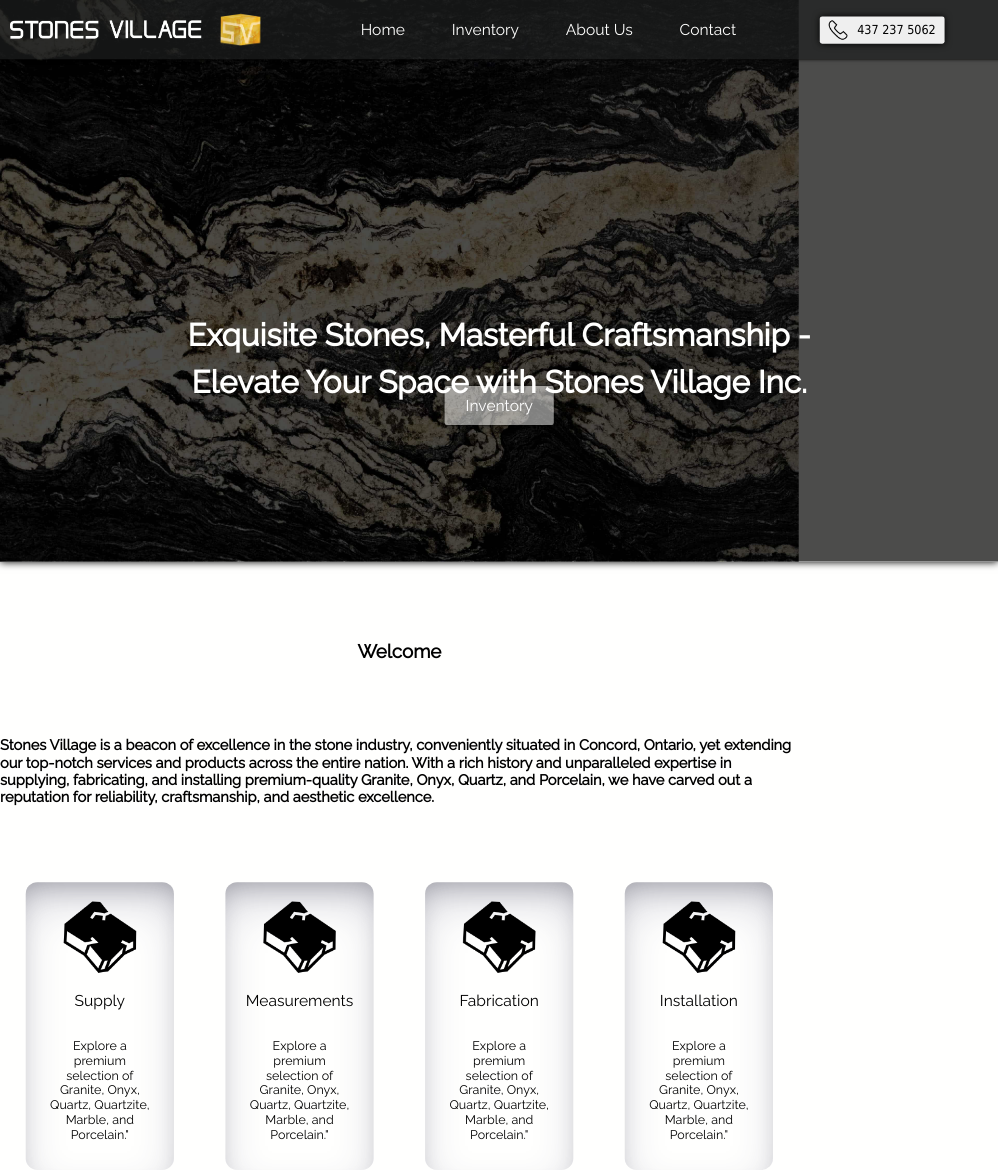
Repository: shayanabedi98/Stones-Village
Page: index.html
These files come from the project's save history. The page is drawn as it stood at one moment and after the next save; the edit follows.
The browser window is 1280 px wide. The pictures show the whole page, at 78% of full size.
Backgrounds fixed to the window are drawn as part of the page.

Above is the page before, as saved 2023-10-22 16:53:42.

After the next save:
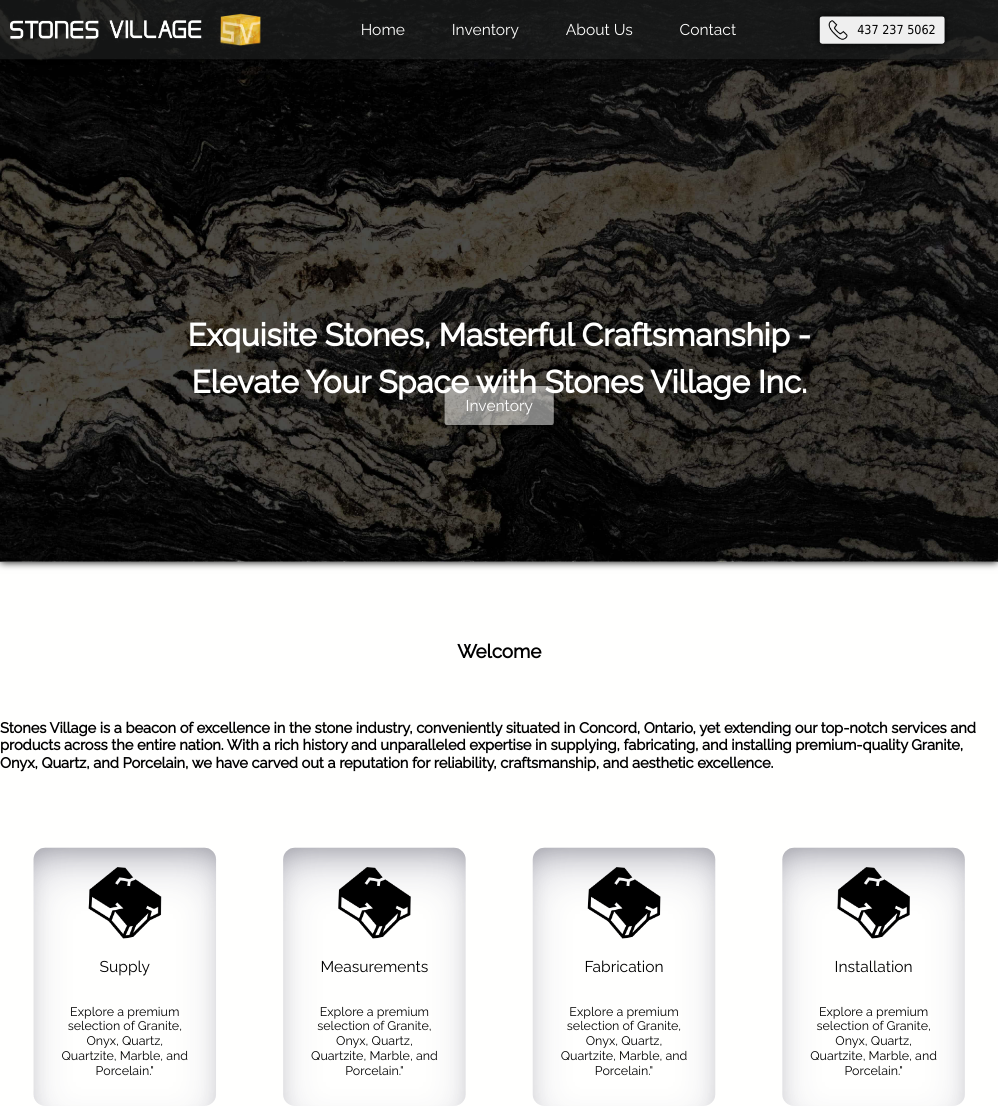
Saved 10 s later.
--- a/styles.css
+++ b/styles.css
@@ -4,12 +4,6 @@ body {
     font-family: 'Raleway', sans-serif;
     margin: 0;
     padding: 0;
-}
-
-.grid-container {
-    display: grid;
-    width: 80%;
-    justify-items: ;
 }
 
 .navbar {
